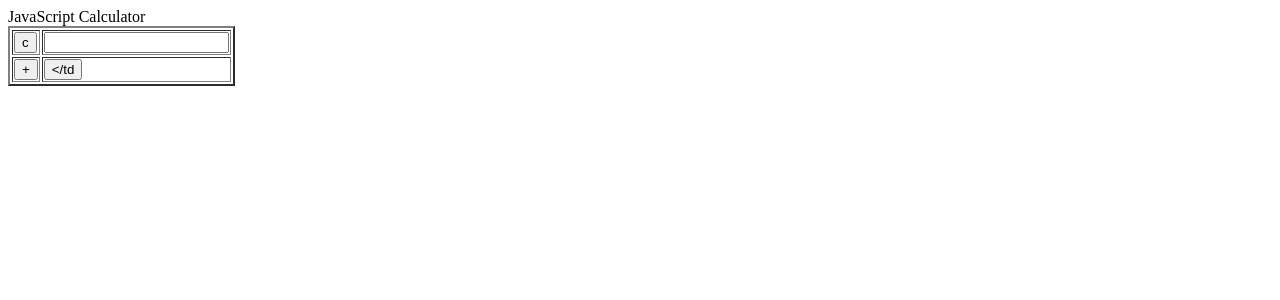
Repository: spidero7/Simple-Calculator
Page: index.html
These files come from the project's save history. The page is drawn as it stood at one moment and after a run of saves; the edit follows.
The browser window is 1280 px wide. The pictures show the whole page.

Above is the page before, as saved 2021-09-15 06:50:55.

After the next 3 saves:
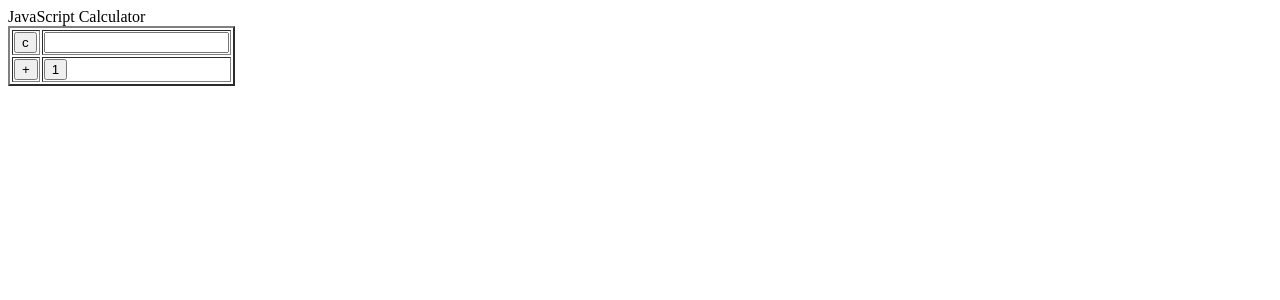
The 3 saves are shown as one change because they came seconds apart.
The last was saved 11 s later.
--- a/index.html
+++ b/index.html
@@ -16,7 +16,7 @@
         </tr>
         <tr>
             <td><input type="button" value="+" onclick="display('+')"/></td>
-            <td><input type="button" value=</td>
+            <td><input type="button" value="1" onclick=""</td>
         </tr>
     </table>
     <script src="app.js"></script>
